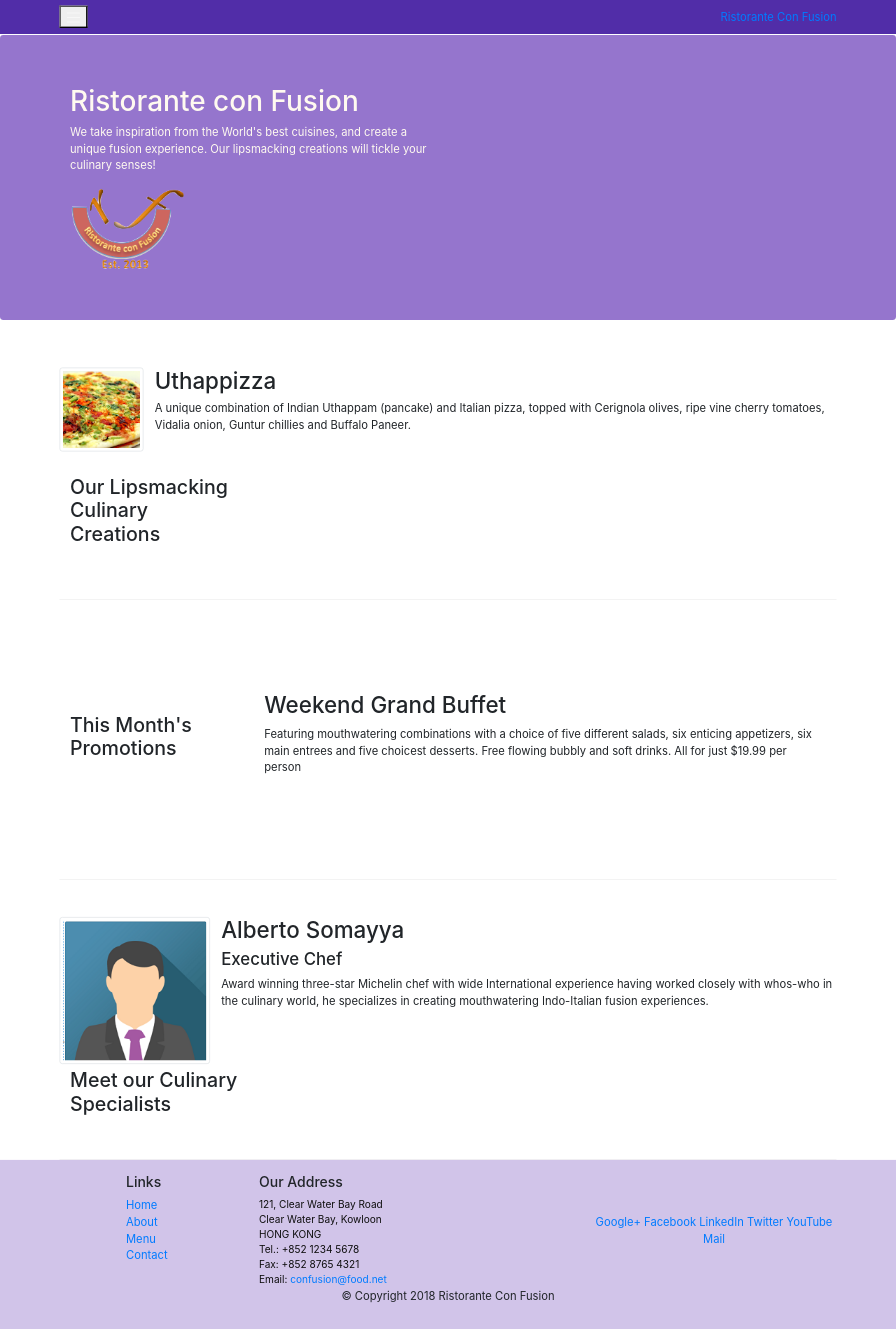
Repository: HwZau/conFusion
Page: index.html
An editor plug-in stored every save of this project. The page is shown before and after the next save, followed by the edit.
The browser window is 1280 px wide. The pictures show the whole page, at 70% of full size.

Above is the page before, as saved 2022-05-26 10:18:54.

After the next save:
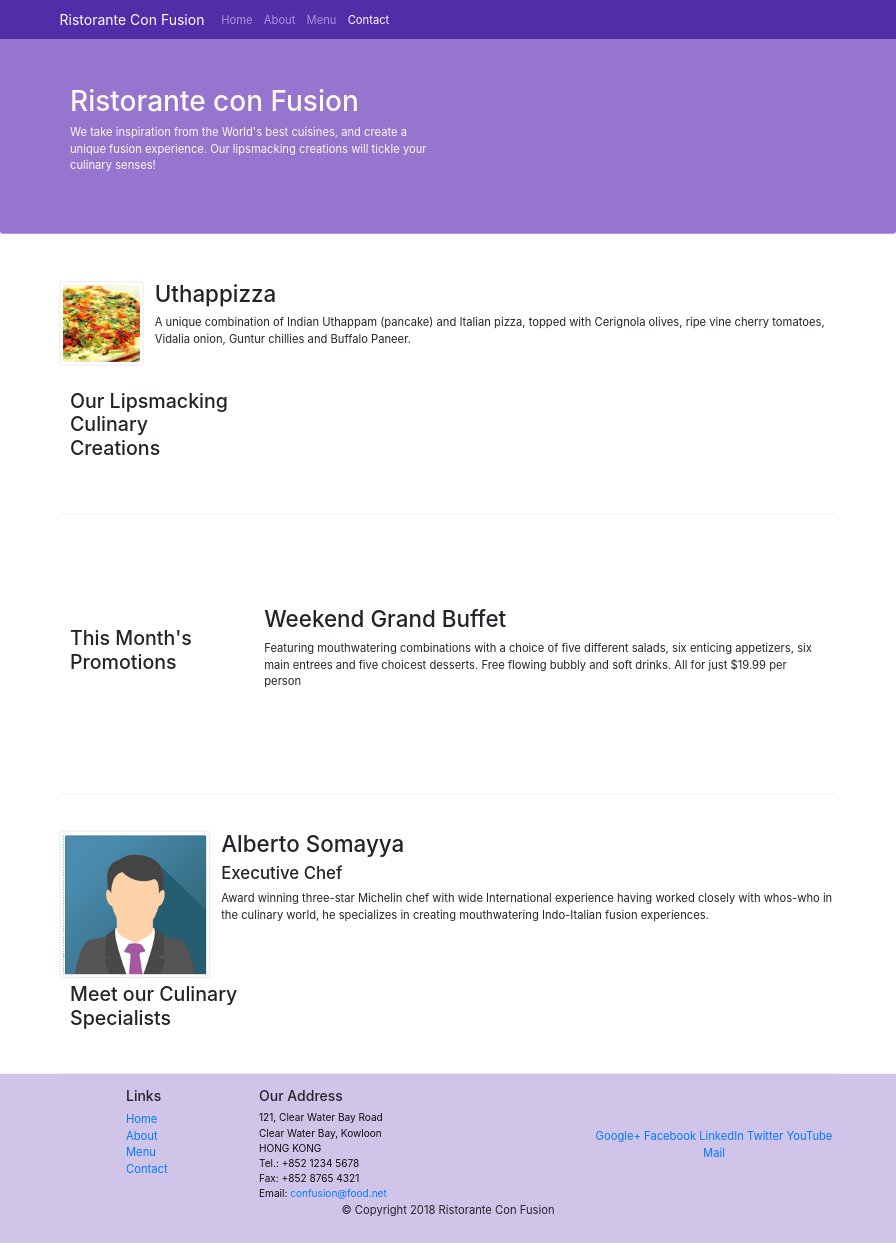
Saved 2 min 9 s later.
--- a/index.html
+++ b/index.html
@@ -11,26 +11,32 @@
 </head>
 
 <body>
+  <nav class="navbar navbar-dark navbar-expand-sm fixed-top">
+    <div class="container">
+      <button class="navbar-toggler" type="button" data-toggle="collapse" data-target="#Navbar">
+        <span class="navbar-toggler-icon"></span>
+      </button>
+      <a class="navbar-brand" href="#">Ristorante Con Fusion</a>
+      <div class="collapse navbar-collapse" id="Navbar">
+        <ul class="navbar-nav mr-auto">
+          <li class="nav-item">
+            <a class="nav-link" href="./index.html"><span class="fa fa-home fa-lg"></span> Home</a>
+          </li>
+          <li class="nav-item">
+            <a class="nav-link" href="./aboutus.html"><span class="fa fa-info fa-lg"></span> About</a>
+          </li>
+          <li class="nav-item">
+            <a class="nav-link" href="#"><span class="fa fa-list fa-lg"></span> Menu</a>
+          </li>
+          <li class="nav-item active">
+            <a class="nav-link" href="#"><span class="fa fa-address-card fa-lg"></span> Contact</a>
+          </li>
+        </ul>
+      </div>
+    </div>
+  </nav>
+
   <header class="jumbotron">
-    <nav class="navbar navbar-dark navbar-expland-sm fixed-top">
-      <div class="container">
-        <button class="nav-toggler" type="button" data-toggle="collapse" data-target="#Navbar">
-          <span class="navbar-toggler-icon"></span>
-        </button>
-        <a href="#" class="nav-brand">Ristorante Con Fusion</a>
-
-        <div class="collapse navbar-collapse" id="Navbar">
-          <ul class="navbar-nav mr-auto">
-            <li class="nav-item active"><a href="#" class="nav-link">Home</a></li>
-            <li class="nav-item"><a href="./aboutus.html" class="nav-link">About</a></li>
-            <li class="nav-item"><a href="#" class="nav-link">Menu</a></li>
-            <li class="nav-item"><a href="./contactus.html" class="nav-link">Contact</a></li>
-          </ul>
-        </div>
-      </div>
-
-
-    </nav>
     <div class="container">
       <div class="row row-header">
         <div class="col-12 col-sm-6">
@@ -41,14 +47,10 @@
             your culinary senses!
           </p>
         </div>
-
-      </div>
-      <div class="col-12 col-sm align-self-center">
-        <img src="img/logo.png" alt="" class="img-fluid">
+        <div class="col-12 col-sm"></div>
       </div>
     </div>
   </header>
-
   <div class="container">
 
     <div class="row row-content align-items-center">
